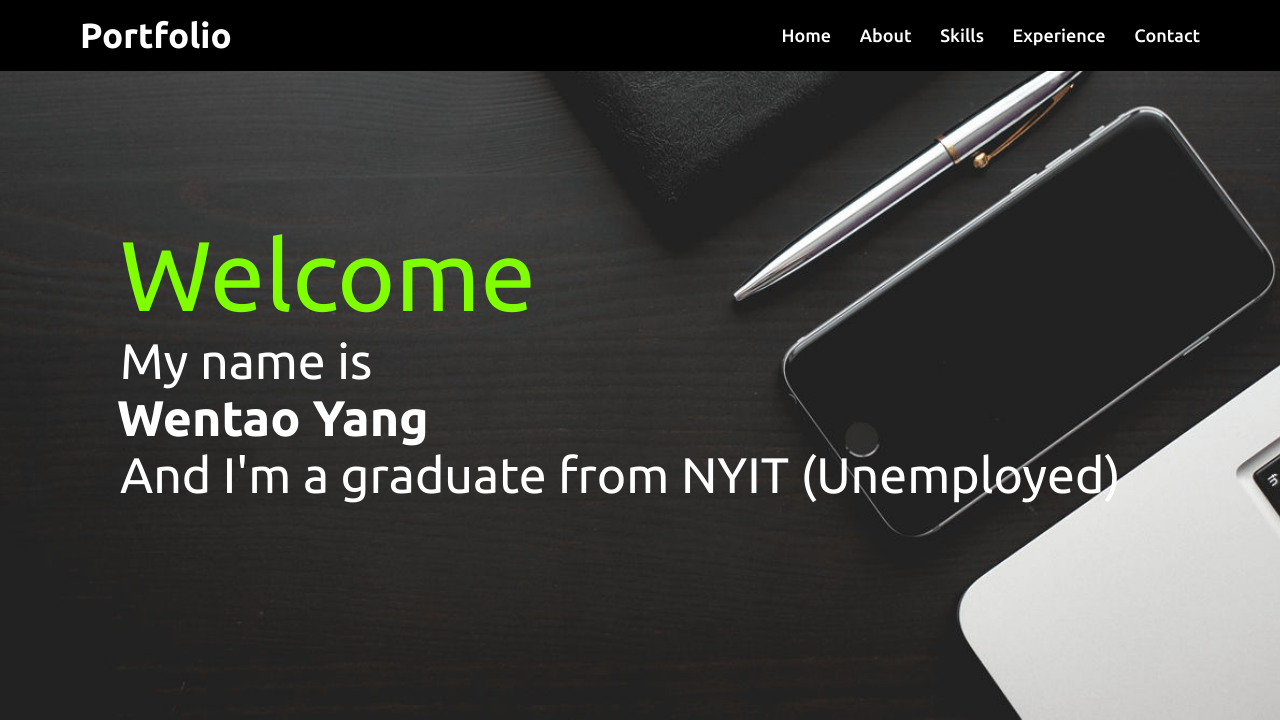
Repository: wyang08/wyang08.github.io
Page: index.html
The author's editor kept a copy of each file at every save. The page is drawn from the files as they stood at one save, then again after the next save.
The browser window is 1280 px wide. The pictures show the whole page.

Above is the page before, as saved 2021-07-02 15:02:03.

### index.html
<!DOCTYPE html>
<html lang="en">
<head>
    <meta charset="UTF-8">
    <meta name="viewport" content="width=divice-width, initial-scale=1.0">
    <title>Personal Porfolio Website</title>
    <link rel="stylesheet" href="style.css">
    <script src="https://kit.fontawesome.cm/a076d05399.js"></script>
</head>

<body>
    <nav class="navbar">
        <div class="max-width">

            <div class="logo"><a href="#">Portfo<span>lio</span></a></div>

            <ul class="menu">
                <li><a href="#">Home</a></li>
                <li><a href="#">About</a></li>
                <li><a href="#">Skills</a></li>
                <li><a href="#">Experience</a></li>
                <li><a href="#">Contact</a></li>
            </ul>

        </div>


    </nav>

    <!-- 内容 -->
    <section class="home" id="home">
        <div class="max-width">
            <div class="home-content">
                <div class="text-1">Welcome</div>
                <div class="text-2">My name is</div>
                <div class="text-3">Wentao Yang</div>
                <div class="text-4">And I'm a graduate from NYIT <span>(Unemployed)</span></div>
            </div>
        </div>
    </section>


</body>


</html>

### style.css
@import url('https://fonts.googleapis.com/css2?family=Poppins:wght@400;500;600;700&family=Ubuntu:wght@400;500;700&display=swap');

*{
    margin: 0;
    padding: 0;
    box-sizing: border-box;
    text-decoration: none;

}

/* navbar styling */
.navbar{
    position: fixed;
    width: 100%;
    padding: 15px 0;
    background: black;
    font-family: 'Ubuntu', sans-serif;
}


.navbar .menu li a{
    color: white;
    font-size: 18px;
    font-weight: 500;
    margin-left: 25px;
}

/* 标题大小 */
.navbar .logo a{
    color: white;
    font-size: 35px;
    font-weight: 600;
}

/* Subtitle display style */
.navbar .menu li{
    list-style-type: none;
    display: inline-block;
}

.navbar .max-width{
    display: flex;
    align-items: center;
    justify-content: space-between;
}

.max-width{
    max-width: 1300px;
    padding: 0 80px;
    margin: auto;
}

/* 内容 */
.home{
    display: flex;
    /* background: white; */
    height: 100vh;
    background: url("images/background/portfolio-background.jpg") no-repeat center;
    background-size: cover;
    min-height: 500px;
    color: white;
    font-family: 'Ubuntu', sans-serif;
}

.home .max-width{
    margin: auto 0 auto 40px;
}

.home .home-content .text-1{
    font-size: 99px;
    color: chartreuse;
}
.home .home-content .text-2{
    font-size: 50px;
}
.home .home-content .text-3{
    font-size: 50px;
    font-weight: 600;
    margin-left: -3px;
}
.home .home-content .text-4{
    font-size: 50px;
}

After the next save:
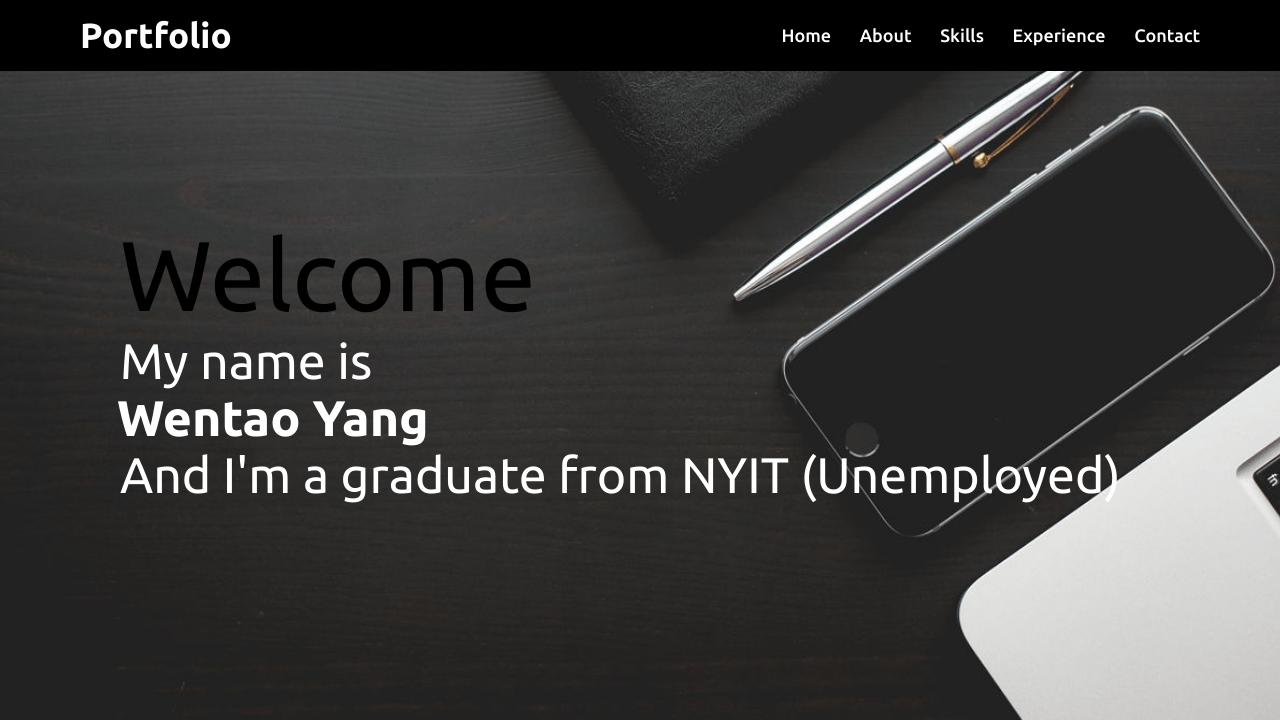
Saved 13 s later.
--- a/style.css
+++ b/style.css
@@ -68,7 +68,7 @@
 
 .home .home-content .text-1{
     font-size: 99px;
-    color: chartreuse;
+    color: black;
 }
 .home .home-content .text-2{
     font-size: 50px;
